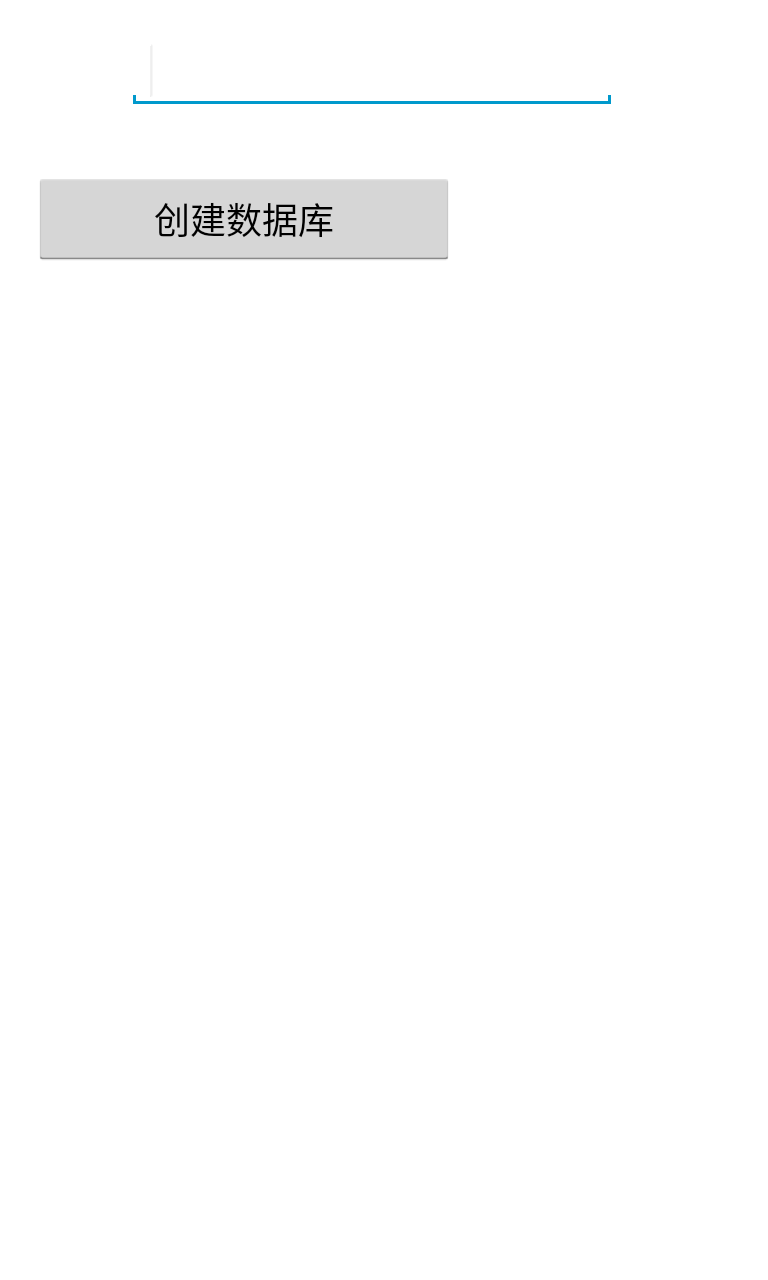
Repository: moetmd/learning-Android
Layout: SQLite/res/layout/activity_main.xml
These files come from the project's save history. The layout is drawn as it stood at one moment and after the next save; the edit follows.
It is drawn on a 768 x 1280 px phone screen (xhdpi) without system bars, with theme AppTheme; the app's code is not run.

Above is the layout before, as saved 2014-11-18 08:50:40.

### SQLite/res/layout/activity_main.xml
<RelativeLayout xmlns:android="http://schemas.android.com/apk/res/android"
    xmlns:tools="http://schemas.android.com/tools"
    android:layout_width="match_parent"
    android:layout_height="match_parent"
    android:paddingBottom="@dimen/activity_vertical_margin"
    android:paddingLeft="@dimen/activity_horizontal_margin"
    android:paddingRight="@dimen/activity_horizontal_margin"
    android:paddingTop="@dimen/activity_vertical_margin"
    tools:context="com.niit.sqlite.MainActivity$PlaceholderFragment" >

    <LinearLayout
        android:id="@+id/linearLayout1"
        android:layout_width="fill_parent"
        android:layout_height="fill_parent"
        android:layout_alignParentLeft="true"
        android:layout_alignParentTop="true"
        android:orientation="vertical" >

        <EditText
            android:id="@+id/et_dbname"
            android:layout_width="246dp"
            android:layout_height="wrap_content"
            android:layout_marginLeft="47dp"
            android:ems="10" >

            <requestFocus />
        </EditText>

        <Button
            android:id="@+id/bt_createdb"
            android:layout_width="212dp"
            android:layout_height="wrap_content"
            android:layout_marginTop="30dp"
            android:text="创建数据库" />

    </LinearLayout>


</RelativeLayout>

Loaded but not shown: SQLite/res/values/styles.xml (common file); SQLite/res/values-v11/styles.xml (common file); SQLite/res/values-v14/styles.xml (common file); SQLite/res/values/dimens.xml (common file); SQLite/res/values-w820dp/dimens.xml (common file)

After the next save:
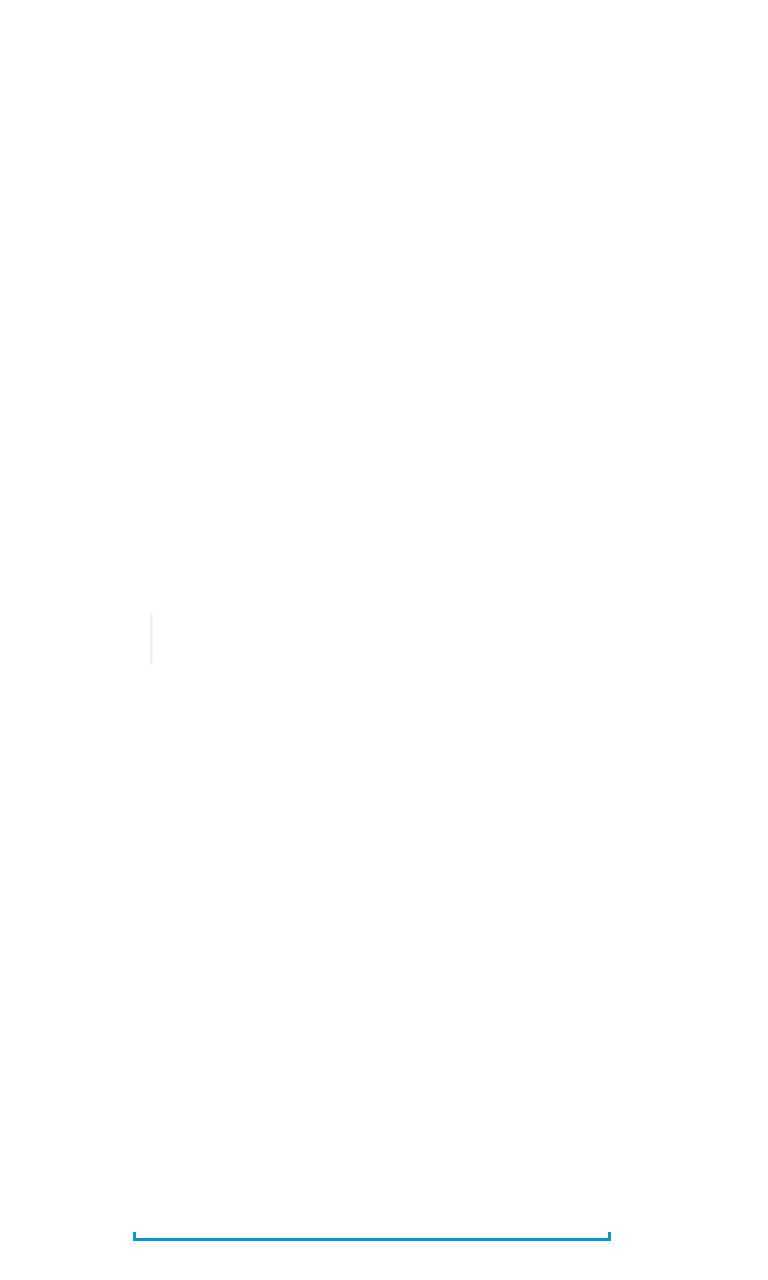
Saved 14 s later.
--- a/SQLite/res/layout/activity_main.xml
+++ b/SQLite/res/layout/activity_main.xml
@@ -19,7 +19,7 @@
         <EditText
             android:id="@+id/et_dbname"
             android:layout_width="246dp"
-            android:layout_height="wrap_content"
+            android:layout_height="fill_parent"
             android:layout_marginLeft="47dp"
             android:ems="10" >
 

After the save that followed:
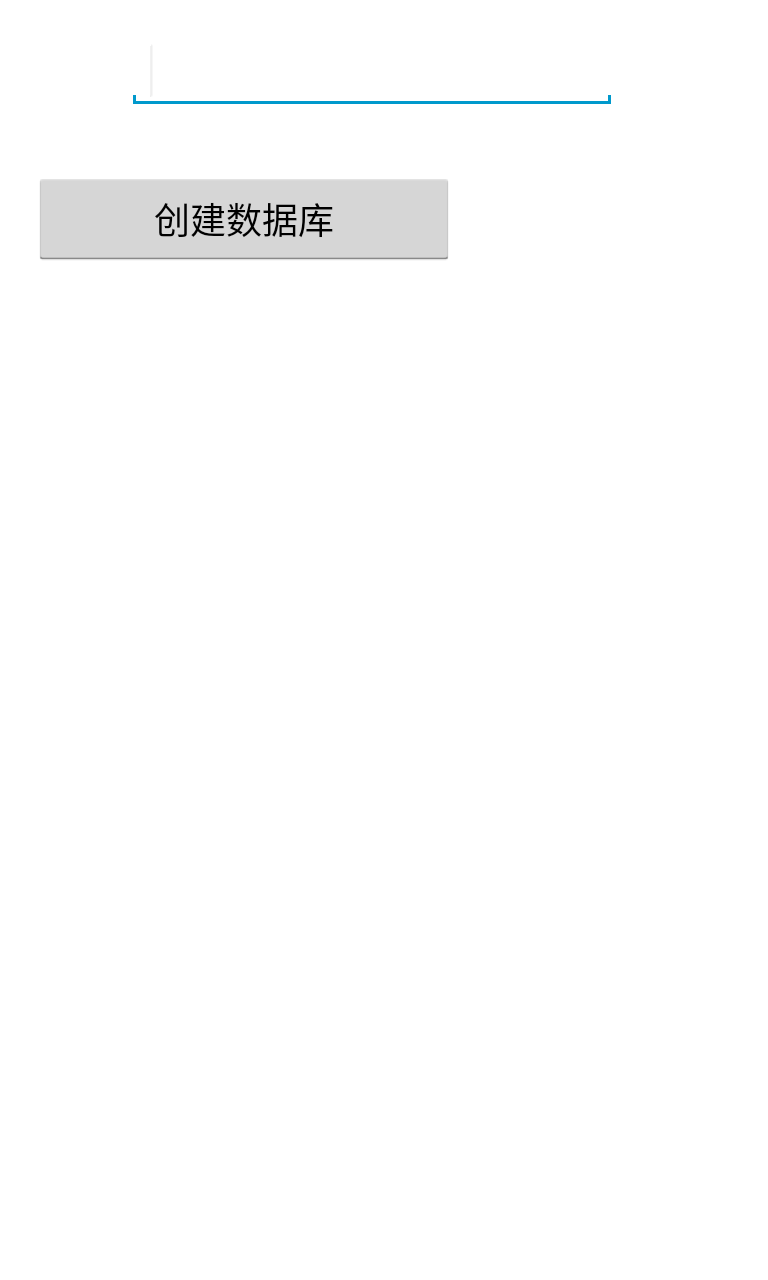
Saved 10 s later.
--- a/SQLite/res/layout/activity_main.xml
+++ b/SQLite/res/layout/activity_main.xml
@@ -19,7 +19,7 @@
         <EditText
             android:id="@+id/et_dbname"
             android:layout_width="246dp"
-            android:layout_height="fill_parent"
+            android:layout_height="wrap_content"
             android:layout_marginLeft="47dp"
             android:ems="10" >
 
